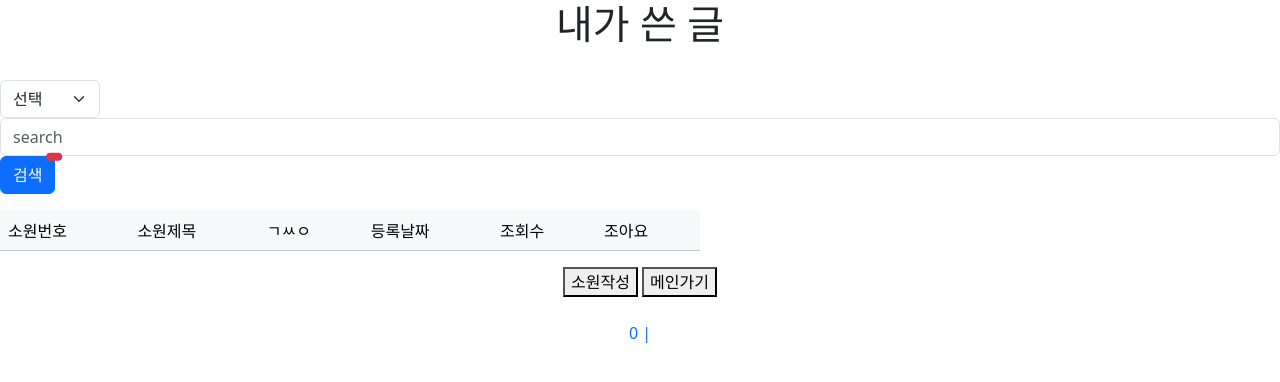
Repository: sujeong1799/JSP
Page: http://localhost/java_study/board/list.jsp
The author's editor kept a copy of each file at every save. The page is drawn from the files as they stood at one save, then again after the next save.
The browser window is 1280 px wide. The pictures show the whole page.
The page is served by Tomcat 9. The template is opened directly, without the code that normally fills it, so the values that code supplies are empty.

Above is the page before, as saved 2023-05-24 07:09:59.

After the next save:
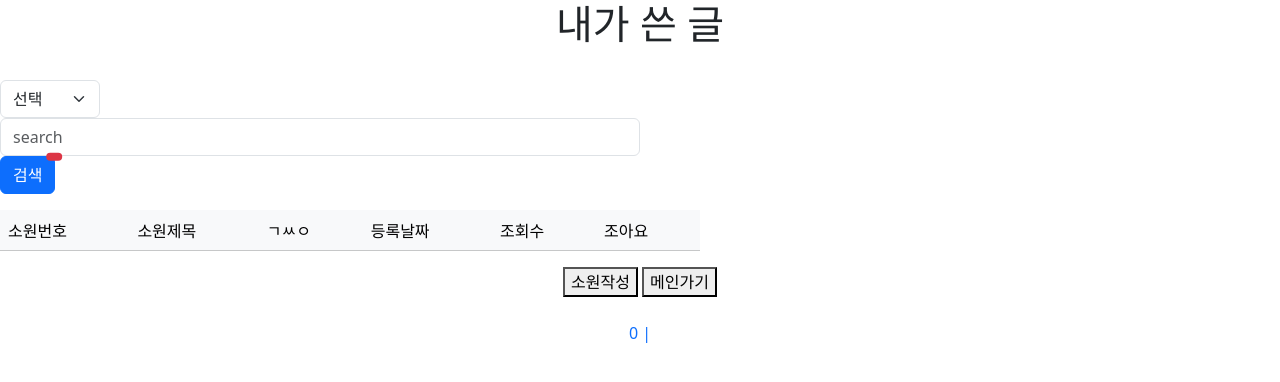
Saved 32 s later.
--- a/jsp_project3-1/java_study/src/main/webapp/board/list.jsp
+++ b/jsp_project3-1/java_study/src/main/webapp/board/list.jsp
@@ -16,6 +16,7 @@
 	<h1 align="center">내가 쓴 글</h1>
 	<br>
 	<!-- 검색라인 -->
+	<div class="col-sm-12 col-md-6">
 	<form action="/brd/page" method="post">
 		<div align="center" style="width: 100px; display: flex; float: left">
 			<!-- var이름은 마음대로 설정해도 됨 -->
@@ -40,6 +41,7 @@
 					${pgh.totalCount }
 					<span class="visually-hidden"></span></span>
 			</button>
+			</div
 	</form>
 	<div style="width: 700px;" align="center">
 		<table class="table table-hover">
